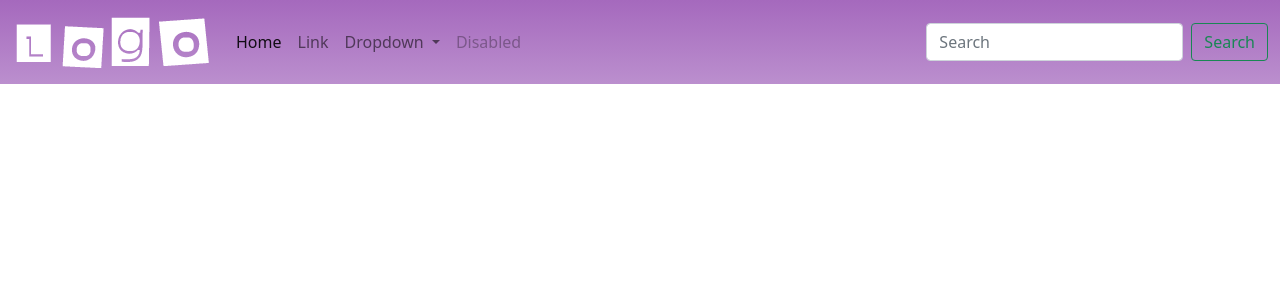
Repository: wadelfadill/Bootstrap_tache_2_website_design
Page: index.html
The author's editor kept a copy of each file at every save. The page is drawn from the files as they stood at one save, then again after the next save.
The browser window is 1280 px wide. The pictures show the whole page.

Above is the page before, as saved 2023-04-04 15:03:35.

After the next save:
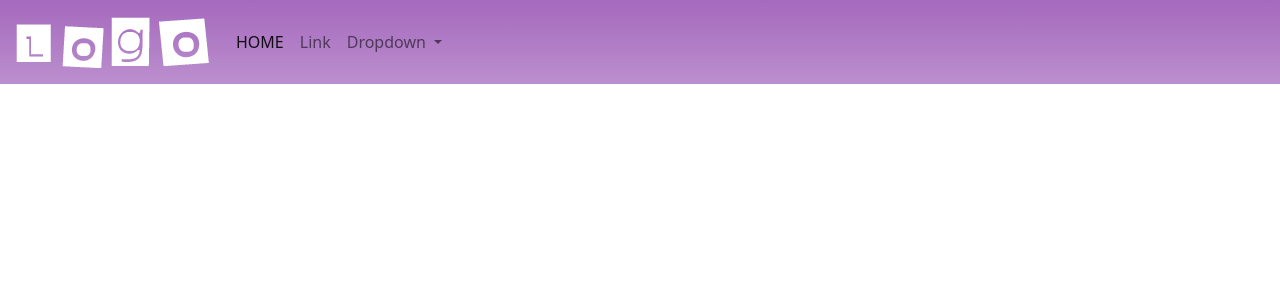
Saved 2 h 13 min later.
--- a/index.html
+++ b/index.html
@@ -23,7 +23,7 @@
               <div class="collapse navbar-collapse" id="navbarSupportedContent">
                 <ul class="navbar-nav me-auto mb-2 mb-lg-0">
                   <li class="nav-item">
-                    <a class="nav-link active" aria-current="page" href="#">Home</a>
+                    <a class="nav-link active" aria-current="page" href="#">HOME</a>
                   </li>
                   <li class="nav-item">
                     <a class="nav-link" href="#">Link</a>
@@ -39,14 +39,7 @@
                       <li><a class="dropdown-item" href="#">Something else here</a></li>
                     </ul>
                   </li>
-                  <li class="nav-item">
-                    <a class="nav-link disabled">Disabled</a>
-                  </li>
                 </ul>
-                <form class="d-flex">
-                  <input class="form-control me-2" type="search" placeholder="Search" aria-label="Search">
-                  <button class="btn btn-outline-success" type="submit">Search</button>
-                </form>
               </div>
             </div>
           </nav>
